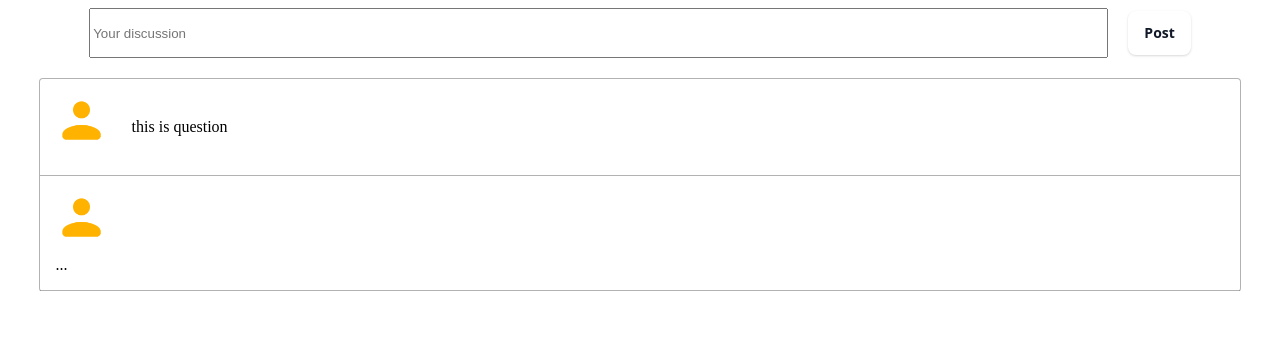
Repository: AOY311/DuckEdu
Page: test2.html
The author's editor kept a copy of each file at every save. The page is drawn from the files as they stood at one save, then again after the next save.
The browser window is 1280 px wide. The pictures show the whole page.

Above is the page before, as saved 2021-10-31 16:43:35.

### test2.html
<!DOCTYPE html>
<html lang="en">

<head>
    <meta charset="UTF-8">
    <meta http-equiv="X-UA-Compatible" content="IE=edge">
    <meta name="viewport" content="width=device-width, initial-scale=1.0">
    <script src="https://ajax.googleapis.com/ajax/libs/jquery/3.5.1/jquery.min.js"></script>
    <title>Document</title>
    <style>
        .header {
            position: sticky;
            top: 0;
            width: 100%;
        }

        .header .container {
            display: flex;
            flex-direction: row;
            justify-content: center;
            align-items: center;
            width: 100%;
        }

        .container__input {
            height: 44px;
            width: 80%;
            margin-right: 20px;
        }
        /* CSS */

        .button-38 {
            background-color: #FFFFFF;
            border: 0;
            border-radius: .5rem;
            box-sizing: border-box;
            color: #111827;
            font-family: "Inter var", ui-sans-serif, system-ui, -apple-system, system-ui, "Segoe UI", Roboto, "Helvetica Neue", Arial, "Noto Sans", sans-serif, "Apple Color Emoji", "Segoe UI Emoji", "Segoe UI Symbol", "Noto Color Emoji";
            font-size: .875rem;
            font-weight: 600;
            line-height: 1.25rem;
            padding: .75rem 1rem;
            text-align: center;
            text-decoration: none #D1D5DB solid;
            text-decoration-thickness: auto;
            box-shadow: 0 1px 3px 0 rgba(0, 0, 0, 0.1), 0 1px 2px 0 rgba(0, 0, 0, 0.06);
            cursor: pointer;
            user-select: none;
            -webkit-user-select: none;
            touch-action: manipulation;
        }

        .button-38:hover {
            background-color: rgb(249, 250, 251);
        }

        .button-38:focus {
            outline: 2px solid transparent;
            outline-offset: 2px;
        }

        .button-38:focus-visible {
            box-shadow: none;
        }

        .accordion {
            /* Border */
            transform: translateY(20px);
            border: 1px solid rgba(0, 0, 0, 0.3);
            border-bottom-color: transparent;
            border-radius: 4px;
            max-width: 95%;
            margin: 0 auto;
        }

        .accordion__item {
            border-bottom: 1px solid rgba(0, 0, 0, 0.3);
        }

        .accordion__header {
            /* Center the content horizontally */
            align-items: center;
            display: flex;
            cursor: pointer;
            padding: 16px;
        }

        .accordion__toggle {
            margin-right: 12px;
        }

        .accordion__title {
            /* Take remaining width */
            flex: 1;
        }

        .accordion__content {
            /* For not selected item */
            display: block;
            border-top: 1px solid rgba(0, 0, 0, 0.3);
            padding: 16px;
        }

        .accordion__content--selected {
            /* For selected item */
            display: block;
        }

        .avatar {
            /* Rounded border */
            border-radius: 50%;
            height: 64px;
            width: 64px;
        }

        .avatar__image {
            /* Rounded border */
            border-radius: 50%;
            /* Take full size */
            height: 80%;
            width: 80%;
        }
    </style>
</head>

<body>
    <div>
        <header class="header">
            <div class="container">
                <!-- Text input -->
                <input type="text" class="container__input" placeholder="Your discussion" />
                <!-- Search icon sticks to the left or right -->
                <button class="button-38" role="button">Post</button>
            </div>
        </header>
        <main>
            <div class="accordion">
                <!-- Each accordion item -->
                <div class="accordion__item">
                    <!-- Heading -->
                    <div class="accordion__header" onclick="showComment(this)">
                        <!-- The toggle icon -->
                        <div class="accordion__toggle">
                            <div class="avatar">
                                <!-- Avatar image -->
                                <img class="avatar__image" src="img/avt.png" />
                            </div>
                        </div>

                        <!-- The title -->
                        <div class="accordion__title">
                            this is question
                        </div>
                    </div>

                    <!-- The content -->
                    <div class="accordion__content">
                        <div class="container">
                            <!-- Media object -->
                            <div class="container__media">
                                <div class="avatar">
                                    <!-- Avatar image -->
                                    <img class="avatar__image" src="img/avt.png" />
                                </div>
                            </div>

                            <!-- Main content -->
                            <div class="container__content">
                                ...
                            </div>
                        </div>
                    </div>
                </div>
            </div>
        </main>
    </div>
</body>
<script>
    function showComment(obj) {
        $(obj).next().css("background", "red");
    }
</script>

</html>

After the next save:
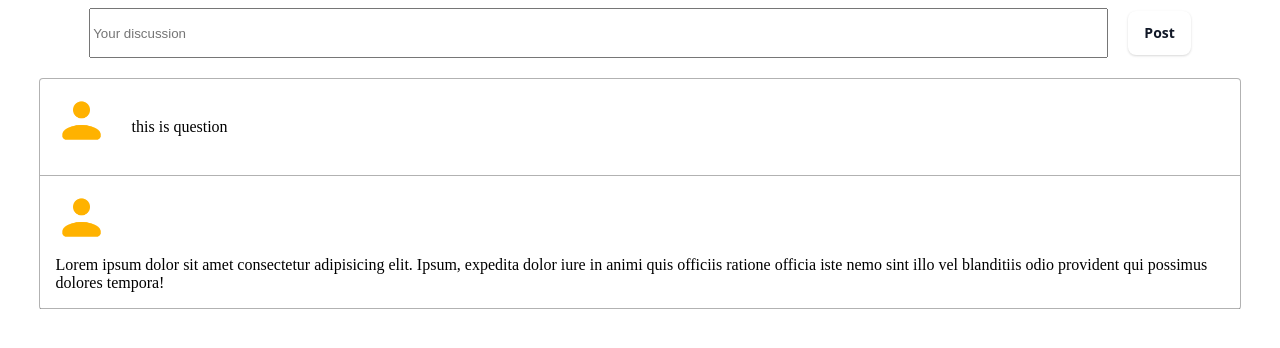
Saved 13 s later.
--- a/test2.html
+++ b/test2.html
@@ -166,7 +166,7 @@
 
                             <!-- Main content -->
                             <div class="container__content">
-                                ...
+                                Lorem ipsum dolor sit amet consectetur adipisicing elit. Ipsum, expedita dolor iure in animi quis officiis ratione officia iste nemo sint illo vel blanditiis odio provident qui possimus dolores tempora!
                             </div>
                         </div>
                     </div>
